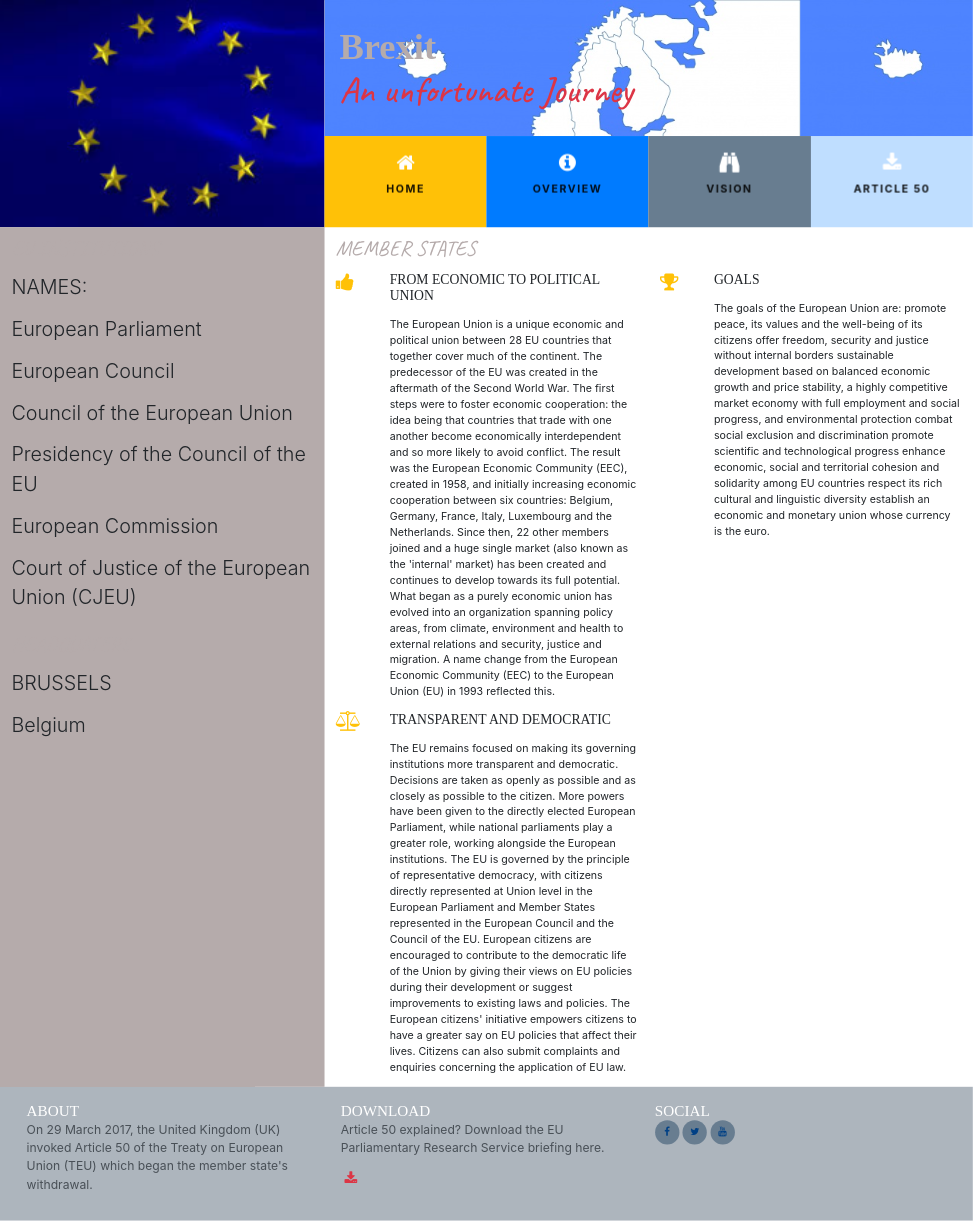
Repository: isiko1/Milestone_Project_One
Page: index.html
The author's editor kept a record of every edit. The page is drawn from the files as they stood at one moment, then again after the next edit.
The browser window is 1280 px wide. The pictures show the whole page, at 76% of full size.
Some web fonts or font styles are not loaded; a fallback is used.

Above is the page before.

### index.html
<!DOCTYPE html>
<html lang="en">

<head>
    <meta charset="UTF-8">
    <meta name="viewport" content="width=device-width, initial-scale=1.0">
    <meta http-equiv="X-UA-Compatible" content="ie=edge">
    <link rel="stylesheet" href="https://stackpath.bootstrapcdn.com/bootstrap/4.3.1/css/bootstrap.min.css" type="text/css" />
    <link rel="stylesheet" href="https://stackpath.bootstrapcdn.com/font-awesome/4.7.0/css/font-awesome.min.css" type="text/css" />
    <link rel="stylesheet" href="https://cdnjs.cloudflare.com/ajax/libs/hover.css/2.3.1/css/hover-min.css" type="text/css" />
    <link rel="stylesheet" href="info/css/style.css" type="text/css" />
    <title>Brexit - An unfortunate Journey</title>
</head>

<body>
    <header>
        <div class="row no-gutters">
            <a href="index.html" class="col-md-4 logo">

            </a>
            <div class="col-md-8">
                <div class="row no-gutters bg-color-name-title">
                    <div class="col heading">
                        <h1 class="title">Brexit</h1>
                        <h3 class="subtitle">An unfortunate Journey</h3>
                    </div>
                </div>
                <div class="row no-gutters">
                    <div class="col">
                        <ul id="nav" class="list-inline menucontainer">
                            <li class="col-6 col-sm-3 menu-color-home list-inline-item menu-item">
                                <a href="#" class="hvr-sweep-to-right"><i class="fa fa-home" aria-hidden="true"></i><span>Home</span></a>
                            </li>
                            <li class="col-6 col-sm-3 menu-color-overview list-inline-item menu-item">
                                <a href="#" class="hvr-sweep-to-right"><i class="fa fa-info-circle" aria-hidden="true"></i><span>Overview</span></a>
                            </li>
                            <li class="col-6 col-sm-3 menu-color-vision list-inline-item menu-item">
                                <a href="#" class="hvr-sweep-to-right"><i class="fa fa-binoculars" aria-hidden="true"></i><span>Vision</span></a>
                            </li>
                            <li class="col-6 col-sm-3 menu-color-article list-inline-item menu-item">
                                <a href="#" class="hvr-sweep-to-right"><i class="fa fa-download" aria-hidden="true"></i><span>Article 50</span></a>
                            </li>
                        </ul>
                    </div>
                </div>
            </div>
            <div>
            </div>
    </header>
    <section class="container-fluid">
        <div class="row">
            <div class="col-md-4 bg-color-institutions section-column">
                <div class="row">
                    <div class="col-12">
                        <h3 class="section-heading uppercase">EU Institutions</h3>
                        <div class="institutions-item">
                            <div class="key">
                                <p class="uppercase">
                                    Names:
                                </p>
                                <div class="value">
                                    <p>European Parliament</p>
                                    <p>European Council</p>
                                    <p>Council of the European Union</p>
                                    <p>Presidency of the Council of the EU</p>
                                    <p>European Commission</p>
                                    <p>Court of Justice of the European Union (CJEU)</p>
                                </div>
                            </div>
                        </div>
                    </div>
                </div>
                <div class="row">
                    <div class="col-12">
                        <h3 class="section-heading uppercase">Headquaters</h3>
                        <div class="institutions-item">
                            <div class="key">
                                <p class="uppercase">
                                    Brussels
                                </p>
                                <div class="value">
                                    <p>Belgium</p>
                                </div>
                            </div>
                        </div>
                    </div>
                </div>
            </div>
            <div class="col-md-8 bg-color-members section-column">
                <div class="row">
                    <div class="col">
                        <h3 class="section-heading uppercase">Member States</h3>
                    </div>
                </div>
                <div class="row">
                    <div class="col-10 offset-1 offset-sm-0 col-sm-4 col-md-6">
                        <div class="row">
                            <div class="col-2">
                                <i class="members-icon fa fa-thumbs-up" aria-hidden="true"></i>
                            </div>
                            <div class="col-10">
                                <h4 class="members-heading uppercase">From Economic to Political Union</h4>
                                <p class="paragraph-contents">The European Union is a unique economic and political union between 28 EU countries that together cover much of the continent. The predecessor of the EU was created in the aftermath of the Second World War. The first steps
                                    were to foster economic cooperation: the idea being that countries that trade with one another become economically interdependent and so more likely to avoid conflict. The result was the European Economic Community
                                    (EEC), created in 1958, and initially increasing economic cooperation between six countries: Belgium, Germany, France, Italy, Luxembourg and the Netherlands. Since then, 22 other members joined and a huge single market
                                    (also known as the 'internal' market) has been created and continues to develop towards its full potential. What began as a purely economic union has evolved into an organization spanning policy areas, from climate,
                                    environment and health to external relations and security, justice and migration. A name change from the European Economic Community (EEC) to the European Union (EU) in 1993 reflected this.</p>
                            </div>
                        </div>
                    </div>
                    <div class="col-10 offset-1 offset-sm-0 col-sm-4 col-md-6">
                        <div class="row">
                            <div class="col-2">
                                <i class="members-icon fa fa-trophy" aria-hidden="true"></i>
                            </div>
                            <div class="col-10">
                                <h4 class="members-heading uppercase">Goals</h4>
                                <p class="paragraph-contents">The goals of the European Union are: promote peace, its values and the well-being of its citizens offer freedom, security and justice without internal borders sustainable development based on balanced economic growth and
                                    price stability, a highly competitive market economy with full employment and social progress, and environmental protection combat social exclusion and discrimination promote scientific and technological progress enhance
                                    economic, social and territorial cohesion and solidarity among EU countries respect its rich cultural and linguistic diversity establish an economic and monetary union whose currency is the euro.</p>
                            </div>
                        </div>
                    </div>
                    <div class="col-10 offset-1 offset-sm-0 col-sm-4 col-md-6">
                        <div class="row">
                            <div class="col-2">
                                <i class="members-icon fa fa-balance-scale" aria-hidden="true"></i>
                            </div>
                            <div class="col-10">
                                <h4 class="members-heading uppercase">Transparent and Democratic</h4>
                                <p class="paragraph-contents">The EU remains focused on making its governing institutions more transparent and democratic. Decisions are taken as openly as possible and as closely as possible to the citizen. More powers have been given to the directly
                                    elected European Parliament, while national parliaments play a greater role, working alongside the European institutions. The EU is governed by the principle of representative democracy, with citizens directly represented
                                    at Union level in the European Parliament and Member States represented in the European Council and the Council of the EU. European citizens are encouraged to contribute to the democratic life of the Union by giving
                                    their views on EU policies during their development or suggest improvements to existing laws and policies. The European citizens' initiative empowers citizens to have a greater say on EU policies that affect their lives.
                                    Citizens can also submit complaints and enquiries concerning the application of EU law.</p>
                            </div>
                        </div>
                    </div>
                </div>
            </div>
        </div>
    </section>
    <footer class="container-fluid">
        <div id="footer-details" class="row">
            <div class="col-sm-4">
                <h5 class="uppercase general">About</h5>
                <p class="inline-block">On 29 March 2017, the United Kingdom (UK) invoked Article 50 of the Treaty on European Union (TEU) which began the member state's withdrawal.</p>
            </div>

            <div class="col-sm-4">
                <h5 class="uppercase general">Download</h5>
                <p class="inline-block">Article 50 explained? Download the EU Parliamentary Research Service briefing here.</p>
                <a href="" target="_blank" class="art-pdf">
            <i class="fa fa-download" aria-hidden="true"></i>
            <span class="sr-only">Download link.</span>
            </a>
            </div>
            <div class="col-sm-4">
                <h5 class="uppercase general">Social</h5>
                <ul class="list-inline social-links">
                    <li class="list-inline-item">
                        <a target="_blank" href="#">
                        <i class="fa fa-facebook" aria-hidden="true"></i>
                        <span class="sr-only">Facebook</span>
                    </a>
                    </li>
                    <li class="list-inline-item">
                        <a target="_blank" href="#">
                        <i class="fa fa-twitter" aria-hidden="true"></i>
                        <span class="sr-only">Twitter</span>
                        </a>
                    </li>
                    <li class="list-inline-item">
                        <a target="_blank" href="#">
                        <i class="fa fa-youtube" aria-hidden="true"></i>
                        <span class="sr-only">YouTube</span>
                        </a>
                    </li>
                </ul>
            </div>
        </div>
    </footer>
</body>

</html>

### info/css/style.css
@import url('https://fonts.googleapis.com/css?family=Caveat:100,200,300,400,500,600,700|Tinos,100,200,300,400,500,600,700');

/*---------Style---------------------------------------------*/

h1,
h2,
h3,
h4,
h5 {
    margin: 0;
    }

.uppercase {
    text-transform: uppercase;
}

.general {
    font-family: "Tinos", sans-serif;
    color: #fff;
}
.institutions-item {
    font-size: 26px;
    font-weight: 300;
}

/*................backgoundcolor*/

.bg-color-institutions {
    background-color: #b5abab;
}


.bg-color-name-title  {
    background-image: url("../images/europe.jpg")
}

.menu-color-home {
    background-color: #ffc107;
}

.menu-color-overview {
    background-color: #007bff;
}

.menu-color-vision {
    background-color: #687d90;
}

.menu-color-article {
    background-color: rgba(0, 123, 255, .25);
}

/*-------------------Header-----------------*/

header {
    margin: 0;
}

.logo {
    background-image: url("../images/eu.jpg");
    background-position: center;
    background-repeat: no-repeat;
    background-size: cover;
    min-height: 120px;
    transition: all .5s ease-in-out;
    -moz-transition: all .5s ease-in-out;
    -o-transition: all .5s ease-in-out;
    -webkit-transition: all .5s ease-in-out;
}

.logo-uk {
    background-image: url("../images/uk.jpg");
    background-position: center;
    background-repeat: no-repeat;
    background-size: cover;
    min-height: 120px;
    transition: all .5s ease-in-out;
    -moz-transition: all .5s ease-in-out;
    -o-transition: all .5s ease-in-out;
    -webkit-transition: all .5s ease-in-out;

}

.logo-euk {
    background-image: url("../images/flag.jpg");
    background-position: center;
    background-repeat: no-repeat;
    background-size: cover;
    min-height: 120px;
    transition: all .5s ease-in-out;
    -moz-transition: all .5s ease-in-out;
    -o-transition: all .5s ease-in-out;
    -webkit-transition: all .5s ease-in-out;

}

.title {
    font-family: Tinos, sans-serif;
    font-weight: 600;
    font-size: 3rem;
    margin-top: 2rem;
    color: #b5abab;
    padding-left: 20px;
}


.subtitle {
    font-family: Caveat, sans-serif;
    font-weight: 500;
    font-size: 3rem;
    margin-bottom: 2rem;
    color: #dc3545;
    padding-left: 20px;
}

.list-inline-item:not(:last-child) {
    margin: 0;
}

/*---------------Menu Items-----------------*/

.menucontainer {
    font-size: 0;
}

#nav {
    margin: 0;
}

#nav li {
    font-size: 14px;
}

.menu-item {
    height: 120px;
    text-align: center;
    padding: 0;
}

.menu-item a {
    width: 100%;
    text-decoration: none;
    color: #fff;
    height: 120px;
}

.menu-item a i {
    padding-top: 22px;
    display: block;
    font-size: 26px;
}

.menu-item span {
    display: block;
    width: 100%;
    text-align: center;
    padding-top: 10px;
    text-transform: uppercase;
    letter-spacing: 2px;
    color: rgba(0, 0, 0, .9);
    font-weight: bold
}

.section-heading {
    margin-top: 10px;
    margin-bottom: 15px;
    font-family: "Caveat", sans-serif;
    font-weight: 300;
    color: #b5abab;
}

.members-heading {
    font-family: "Tinos", sans-serif;
    font-size: 18px;

}

.paragraph-contents {
    font-size: 14px;
}

/*------------------------------------hover/footer-----*/

.hvr-sweep-to-right:before {
    background-color: #9fecb1;
    transition-timing-function: ease-in;
    transition-delay: 0.1s;
}

footer {
    background-color: #adb5bd;
    min-height: 120px;
    color: #495057;
    margin: 0;
}

.art-pdf i {
    font-size: 18px;
    color: #dc3545;
    text-align: center;
    padding-left: 5px;
    -moz-transition: all 0.35s ease-in-out;
    -webkit-transition: all 0.35s ease-in-out;
    -o-transition: all 0.35s ease-in-out;
}

.art-pdf i:hover {
    color: rgba(0, 123, 255, .25);
}

.social-links {
    padding-bottom: 15px;
}

.social-links li a i {
    width: 32px;
    height: 32px;
    padding: 12px 0;
    border-radius: 50%;
    font-size: 13px;
    line-height: 7px;
    text-align: center;
    color: #004085;
    background-color: #687d90;
    -moz-transition: all 0.35s ease-in-out;
    -webkit-transition: all 0.35s ease-in-out;
    -o-transition: all 0.35s ease-in-out;

}

.social-links li a i:hover {
    background: #dc3545;
}

#footer-details {
    padding: 20px;

}

/*--------------------Members----------*/

.members-icon {
    font-size: 26px;
    color: #ffc107;
}

.members-heading {
    margin-bottom: 15px;

After the next edit:
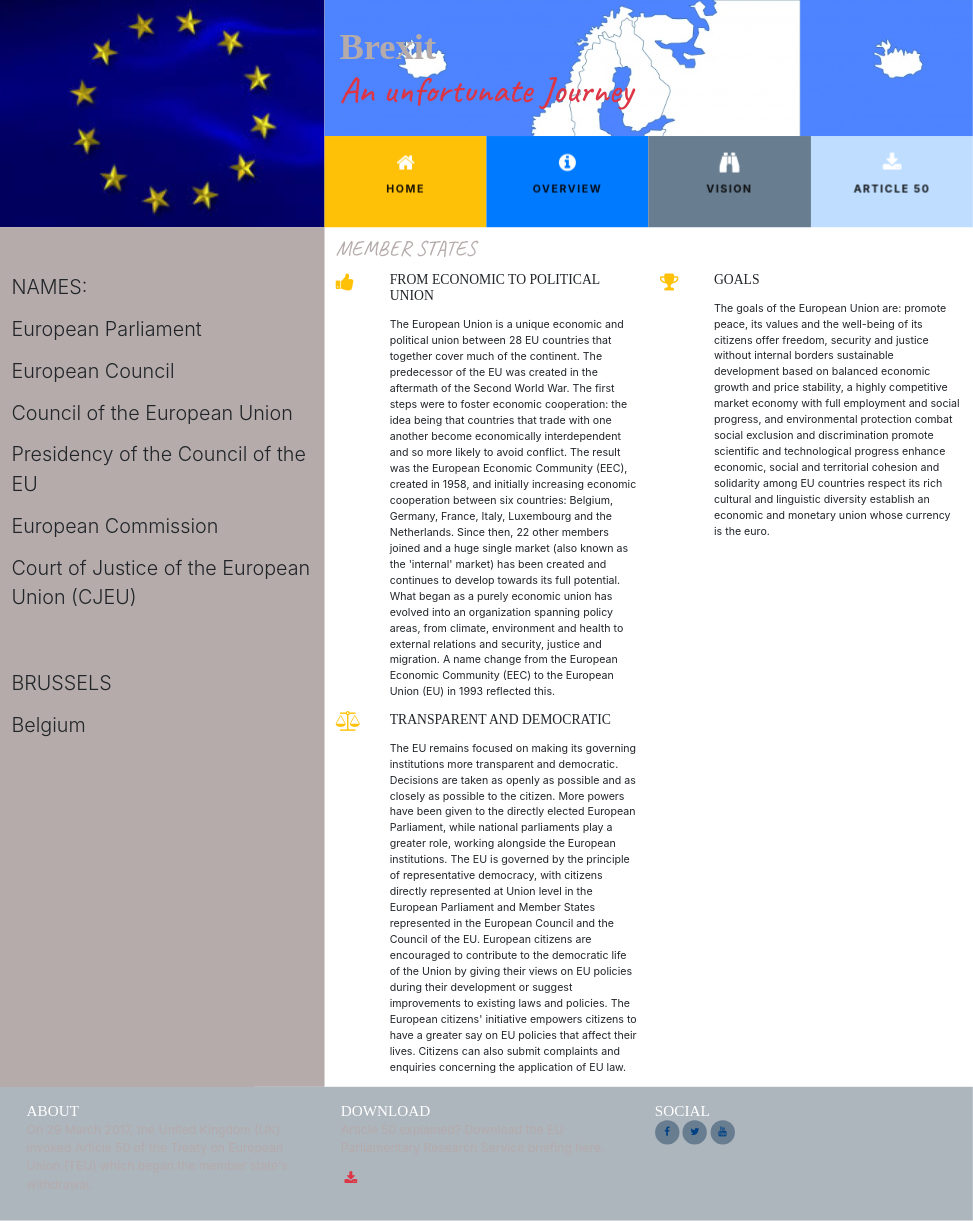
The edit:
--- a/info/css/style.css
+++ b/info/css/style.css
@@ -190,7 +190,7 @@
 footer {
     background-color: #adb5bd;
     min-height: 120px;
-    color: #495057;
+    color: #b5abab;
     margin: 0;
 }
 
